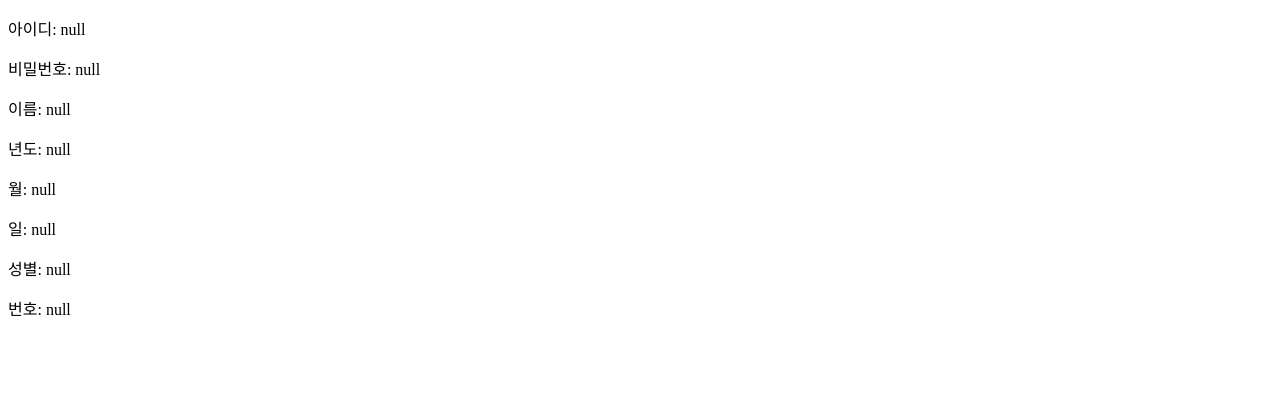
Repository: iwanttogohomenow/jspwork
Page: http://localhost/first/temp01_site.jsp
An editor plug-in stored every save of this project. The page is shown before and after the next save, followed by the edit.
The browser window is 1280 px wide. The pictures show the whole page.
The page is served by Tomcat 9.

Above is the page before, as saved 2023-03-07 05:40:00.

After the next save:
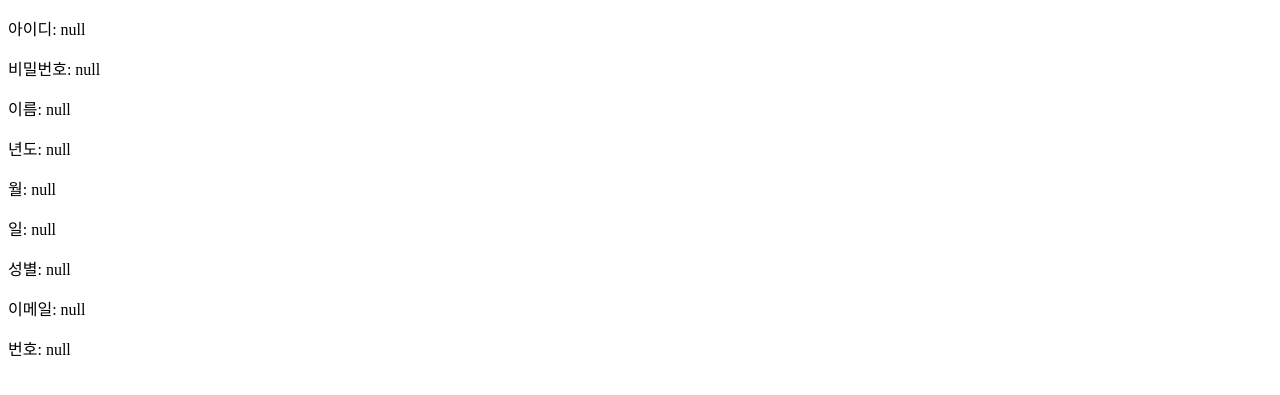
Saved 18 s later.
--- a/first/src/main/webapp/temp01_site.jsp
+++ b/first/src/main/webapp/temp01_site.jsp
@@ -39,6 +39,8 @@
 		<%=date %></p>
 		<p>성별:
 		<%=gender %></p>
+		<p>이메일:
+		<%=email %></p>
 		<p>번호:
 		<%=phone %></p>
 
